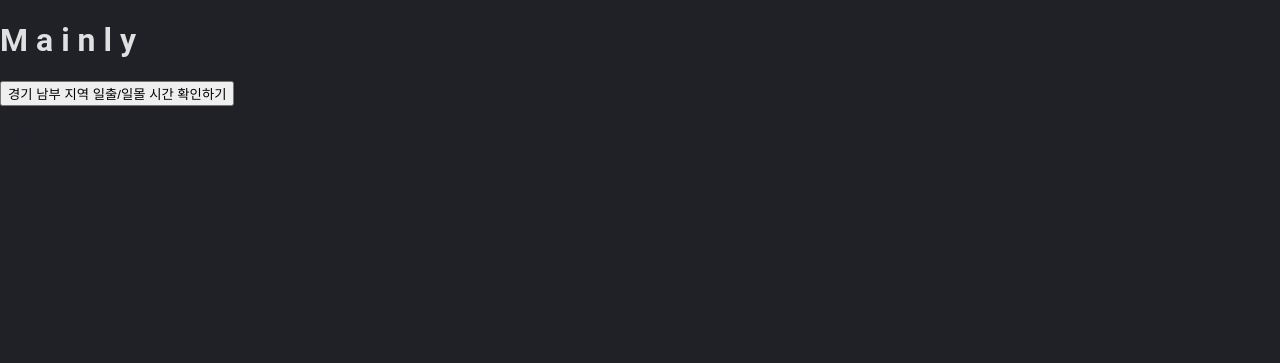
Repository: M1NARTY/WebProgramming
Page: sunsetSunrise.html
The author's editor kept a copy of each file at every save. The page is drawn from the files as they stood at one save, then again after the next save.
The browser window is 1280 px wide. The pictures show the whole page.

Above is the page before, as saved 2023-12-21 00:29:52.
Console error: ReferenceError: doucument is not defined

### sunsetSunrise.html
<!DOCTYPE html>
<html lang="en">
    <head>
        <meta charset="UTF-8">
        <title>Mainly Sun</title>
        <link rel="stylesheet" href="css/sunsetSunrise.css">
        <script defer src="js/sun.js"></script>
    </head>
    <body>
        <h1 class="title">
            <span>M</span>
            <span>a</span>
            <span>i</span>
            <span>n</span>
            <span>l</span>
            <span>y</span>
        </h1>
        <div class="button">
            <button type="button" id="btn">경기 남부 지역 일출/일몰 시간 확인하기</button>
        </div>
        <div class="sunBox">
            <dl>
                <p>기준 일자</p>
                <p id="date"></p>
                <p>해돋이 일출 시간</p>
                <p id="setTime"></p>
                <p>해넘이 일몰 시간</p>
                <p id="riseTime"></p>
            </dl>
        </div>
    </body>
</html>

### css/sunsetSunrise.css
body {
    background-color: #202027;
    color: #dfe0e1;
    font-family: "Roboto";
    height: 100%;
    margin: 0;
}

div {
    color: #202027;
}

a {
    text-decoration: none;
    text-decoration-line: none;
    color: #dfe0e1;
}

.top {
    display: flex;
    align-items: center;
    height: 15vh;
}

.top h1 {
    font-family: "Roboto";
    color: #dfe0e1;
    margin-left: 50px;
}

.box {
    width: 616px;
    margin: 20px;
    padding: 30px;
    border: 1px solid #DFE1E5;
    border-radius: 24px;
    background: #FFF;
}

### js/sun.js
doucument.addEventListener('DOMContentLoaded', function() {
    document.getElementById('btn').addEventListener('click', function() {
        var url = 'https://api.sunrise-sunset.org/json';

        var queryParams = '?' + encodeURIComponent('lat') + '=' + encodeURIComponent('37.291111');
        queryParams += '&' + encodeURIComponent('lng') + '=' + encodeURIComponent('127.008888');
        queryParams += '&'
    });
});

After the next save:
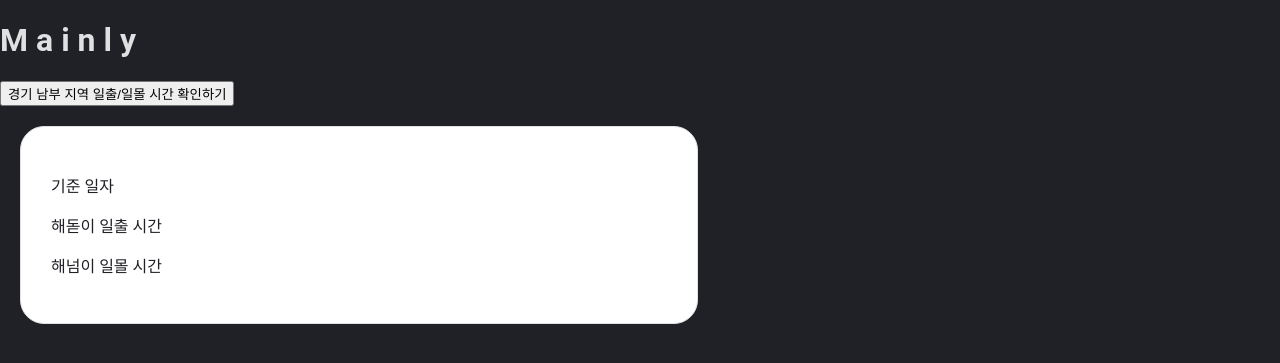
Saved 18 s later.
--- a/css/sunsetSunrise.css
+++ b/css/sunsetSunrise.css
@@ -28,7 +28,7 @@
     margin-left: 50px;
 }
 
-.box {
+.sunBox {
     width: 616px;
     margin: 20px;
     padding: 30px;
